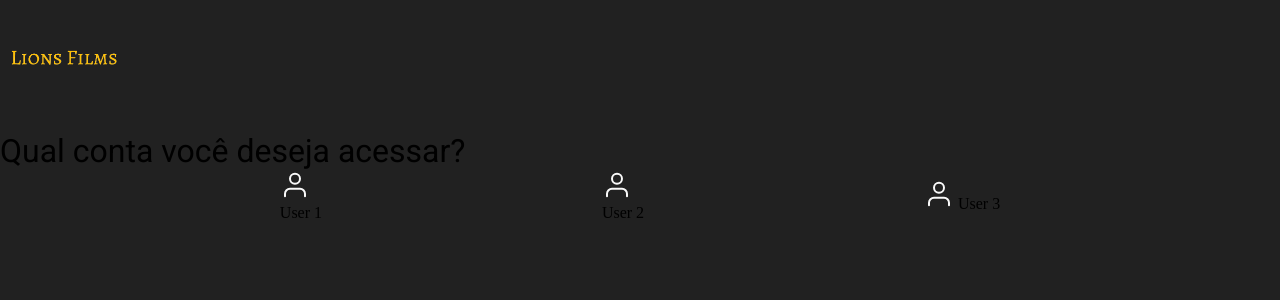
Repository: Leonngc/streaming-project
Page: index.html
An editor plug-in stored every save of this project. The page is shown before and after a run of saves, followed by the edit.
The browser window is 1280 px wide. The pictures show the whole page.
The style sheet was rebuilt from its Sass, Less or Tailwind sources for each picture, by a compiler version that may differ from the author's.

Above is the page before, as saved 2023-09-02 12:39:00.

### index.html
<!DOCTYPE html>
<html lang="pt">
<head>
    <meta charset="UTF-8">
    <meta name="viewport" content="width=device-width, initial-scale=1.0">
    <title>Tela de Login</title>
    <link rel="stylesheet" href="styles/style.css">
</head>
<body>
    <header>
        <img src="streaming-assets/logo.png" alt="" class="logo small-container">
    </header>
    <main>
        <h1 class="roboto f400 font-title">Qual conta você deseja acessar?</h1>
        <div class="user-container flex align-center justify-space-evenly">
            <div class="users">
                <div class="user-img"><a href=""><img src="streaming-assets/user.svg" alt=""></a></div>
                <span>User 1</span>
            </div>
            <div class="users">
                <div class="user-img"><a href=""><img src="streaming-assets/user.svg" alt=""></a></div>
                <Span>User 2</Span>
            </div>
            <div class="users">
                <a href=""><img src="streaming-assets/user.svg" alt=""></a>
                <span>User 3</span>
            </div>
        </div>
    </main>
</body>
</html>

### styles/style.scss
@use "_core.scss";
@use "_layout.scss";

*{
    padding: 0;
    margin: 0;
    box-sizing: border-box;
}

body{
    background-color: core.$eerie-black;
}

### styles/_core.scss
//CDN Google Fonts
@import url('https://fonts.googleapis.com/css2?family=Roboto:ital,wght@0,100;0,300;0,400;0,500;0,700;0,900;1,100;1,300;1,400;1,500;1,700;1,900&display=swap');
// CORES

$yellow-amber: #ffc107;
$eerie-black: #212121;
$white: #fff;
$pigment-green: #4CAF50;
$giants-orange: #FF5722;

// Fonts
.roboto{ font-family: Roboto, 'sans-serif';}
.font-small{font-size:.8rem;}
.font-base{font-size: 1rem;}
.font-title{ font-size: 2rem;}

.f100{font-weight: 100;}
.f200{font-weight: 200;}
.f300{font-weight: 300;}
.f400{font-weight: 400;}
.f500{font-weight: 500;}
.bold{font-weight: bold;}
.lighter{font-weight: lighter;}
// Tamanhos
    // Widths
.small-container{width:10vw;}
.midle-container{width:50vw;}
.max-container{width:100vw;}

    // heights
.small-height{height:30vh;}
.midle-height{height:50vh;}
.max-height{height: 100vh;}

### styles/_layout.scss
//Flexbox

.flex {
  display: flex;
  align-items: center;
}

.justify-center{justify-content: center;}
.justify-space-around{justify-content: space-around;}
.justify-space-between{justify-content: space-between;}
.justify-space-evenly{justify-content: space-evenly;}
.justify-left{justify-content: left;}
.justify-right{justify-content: right;}
.align-center{align-items: center;}
.inline-flex {
  display: inline-flex;
}

.block {
  display: block;
}

.grid {
  display: grid;
}

.grid-two-columns {
  display: grid;
  grid-template-columns: 50% 50%;
}


//Margins

.m{margin: 2rem;}

.m-5{margin: 5rem;}

.m-6{margin: 6rem;}

.m-7{margin: 7rem;}

.m-8{margin: 8rem;}

.m-9{margin: 9rem;}

.m-10{margin: 10rem;}

.m-11{margin: 11rem;}

.m-12{margin: 12rem;}

.m-auto{margin: auto;}

.ml{margin-left: 1rem;}

.ml-2{margin-left: 2rem;}

.ml-3{margin-left: 3rem;}

.ml-4{margin-left: 4rem;}

.ml-5{margin-left: 5rem;}

.ml-6{margin-left:6rem;}

.ml-7{margin-left: 7rem;}

.ml-8{margin-left: 8rem;}

.ml-9{margin-left: 9rem;}

.ml-10{margin-left: 10rem;}

.ml-11{margin-left: 11rem;}

.ml-12{margin-left: 12rem;}

.mr{margin-right: 1rem;}

.mr-2{margin-right: 2rem;}

.mr-3{margin-right: 3rem;}

.mr-4{margin-right: 4rem;}

.mr-5{margin-right: 5rem;}

.mr-6{margin-right:6rem;}

.mr-7{margin-right: 7rem;}

.mr-8{margin-right: 8rem;}

.mr-9{margin-right: 9rem;}

.mr-10{margin-right: 10rem;}

.mr-11{margin-right: 11rem;}

.mr-12{margin-right: 12rem;}

.mt{margin-top: 1rem;}

.mt-2{margin-top: 2rem;}

.mt-3{margin-top: 3rem;}

.mt-4{margin-top: 4rem;}

.mt-5{margin-top: 5rem;}

.mt-6{margin-top:6rem;}

.mt-7{margin-top: 7rem;}

.mt-8{margin-top: 8rem;}

.mt-9{margin-top: 9rem;}

.mt-10{margin-top: 10rem;}

.mt-11{margin-top: 11rem;}

.mt-12{margin-top: 12rem;}

.mb{margin-bottom: 1rem;}

.mb-2{margin-bottom: 2rem;}

.mb-3{margin-bottom: 3rem;}

.mb-4{margin-bottom: 4rem;}

.mb-5{margin-bottom: 5rem;}

.mb-6{margin-bottom:6rem;}

.mb-7{margin-bottom: 7rem;}

.mb-8{margin-bottom: 8rem;}

.mb-9{margin-bottom: 9rem;}

.mb-10{margin-bottom: 10rem;}

.mb-11{margin-bottom: 11rem;}

.mb-12{margin-bottom: 12rem}

// Paddings

.p{padding: 2rem;}

.p-5{padding: 5rem;}

.p-6{padding: 6rem;}

.p-7{padding: 7rem;}

.p-8{padding: 8rem;}

.p-9{padding: 9rem;}

.p-10{padding: 10rem;}

.p-11{padding: 11rem;}

.p-12{padding: 12rem;}

.p-auto{padding: auto;}

.pl{padding-left: 2rem;}

.pl-5{padding-left: 5rem;}

.pl-6{padding-left: 6rem;}

.pl-7{padding-left: 7rem;}

.pl-8{padding-left: 8rem;}

.pl-9{padding-left: 9rem;}

.pl-10{padding-left: 10rem;}

.pl-11{padding-left: 11rem;}

.pl-12{padding-left: 12rem;}


.pr{padding-right: 2rem;}

.pr-5{padding-right: 5rem;}

.pr-6{padding-right: 6rem;}

.pr-7{padding-right: 7rem;}

.pr-8{padding-right: 8rem;}

.pr-9{padding-right: 9rem;}

.pr-10{padding-right: 10rem;}

.pr-11{padding-right: 11rem;}

.pr-12{padding-right: 12rem;}

.pt{padding-top: 2rem;}

.pt-5{padding-top: 5rem;}

.pt-6{padding-top: 6rem;}

.pt-7{padding-top: 7rem;}

.pt-8{padding-top: 8rem;}

.t-9{padding-top: 9rem;}

.pt-10{padding-top: 10rem;}

.pt-11{padding-top: 11rem;}

.pt-12{padding-top: 12rem;}


.pb{padding-bottom: 2rem;}

.pb-5{padding-bottom: 5rem;}

.pb-6{padding-bottom: 6rem;}

.pb-7{padding-bottom: 7rem;}

.pb-8{padding-bottom: 8rem;}

.pb-9{padding-bottom: 9rem;}

.pb-10{padding-bottom: 10rem;}

.pb-11{padding-bottom: 11rem;}

.pb-12{padding-bottom: 12rem;}

After the next 2 saves:
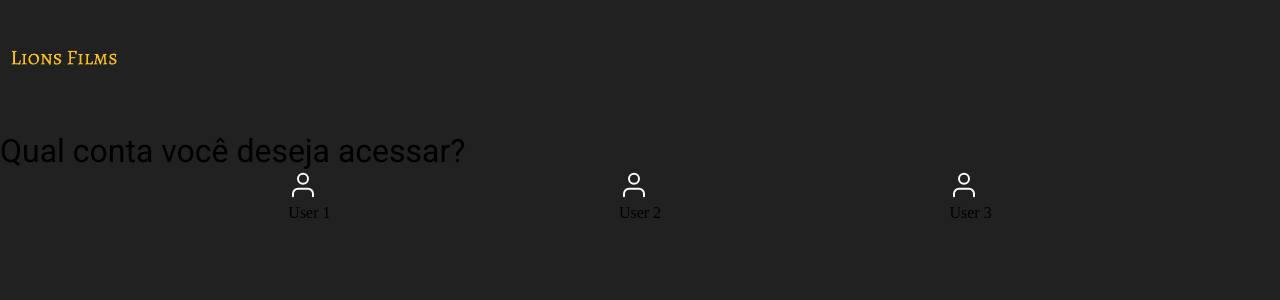
The 2 saves are shown as one change because they came seconds apart.
The last was saved 14 s later.
--- a/index.html
+++ b/index.html
@@ -22,7 +22,7 @@
                 <Span>User 2</Span>
             </div>
             <div class="users">
-                <a href=""><img src="streaming-assets/user.svg" alt=""></a>
+                <div class="user-img"><a href=""><img src="streaming-assets/user.svg" alt=""></a></div>
                 <span>User 3</span>
             </div>
         </div>
